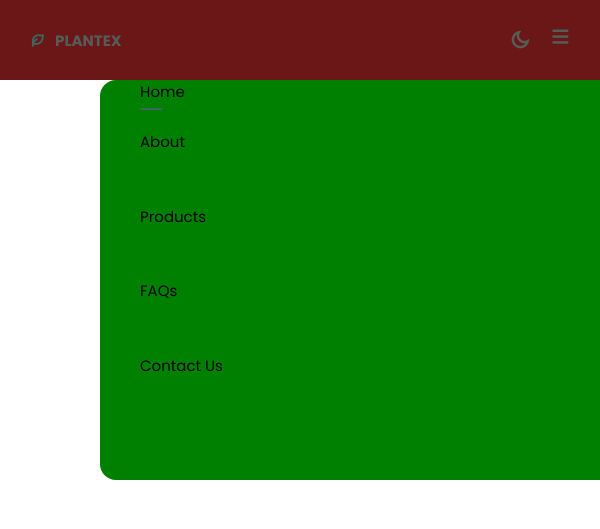
Repository: OmniaRafat232111121/plantwebsite
Page: index.html
An editor plug-in stored every save of this project. The page is shown before and after the next save, followed by the edit.
The browser window is 600 px wide. The pictures show the whole page.
After loading, the first visible `#navToggle` was clicked once.

Above is the page before, as saved 2023-01-04 15:36:26.

### index.html
<!DOCTYPE html>
<html lang="en">
<head>
    <meta charset="UTF-8">
    <meta http-equiv="X-UA-Compatible" content="IE=edge">
    <meta name="viewport" content="width=device-width, initial-scale=1.0">
    <title>plant-website</title>
      <!--icon web-->
    <link rel="shortcut icon" href="assets/img/favicon.png" type="image/x-icon">
    <!--css style-->
    <link rel="stylesheet" href="./assets/css/styles.css">
    <!--remix icon-->
    <link href="https://cdn.jsdelivr.net/npm/remixicon@2.5.0/fonts/remixicon.css" rel="stylesheet">
</head>
<body>
<!--header-->
<header class="header" id="header">
<div class="container-header">
    <a class="nav_logo">
   <i class="ri-leaf-line nav_logo-icon "></i>Plantex
</a>

<nav class="nav_menu" id="nav_menu">
    <ul class="nav_list" id="nav_list">
        <li class="nav_item" id="nav_item">
                            <a href="#home" class="nav_link active-link">Home</a>
                        </li>
                        <li class="nav__item">
                            <a href="#about" class="nav_link">About</a>
                        </li>
                        <li class="nav__item">
                            <a href="#products" class="nav_link">Products</a>
                        </li>
                        <li class="nav__item">
                            <a href="#faqs" class="nav_link">FAQs</a>
                        </li>
                        <li class="nav__item">
                            <a href="#contact" class="nav_link">Contact Us</a>
                        </li>
                        <li class="mood">
       <i class= "ri-moon-line change-theme" id="theme-button"></i>

    </li>



    </ul>

    <div class="nav-close" id="nav_close">
        <i class="ri-close-line"></i>

    </div>
    <div  class="nav-btns">
   <i class= "ri-moon-line change-theme" id="theme-button"></i>
    <div class="nav-toggle" id="navToggle">
      <i class="ri-menu-line"></i>
    </div>
   </div>
    </div>
</nav>
</div>

</header>
   <script src="./assets/js/main.js"></script>
</body>
</html>

### assets/css/styles.css
/*=============== GOOGLE FONTS ===============*/
@import url('https://fonts.googleapis.com/css2?family=Poppins:wght@400;500;600;700&display=swap');

/*=============== VARIABLES CSS ===============*/
:root {
  --header-height: 3.5rem; /*56px*/

  /*========== Colors ==========*/
  /*Color mode HSL(hue, saturation, lightness)*/
  --black:#000;
  --green:#3e655e;
  --hue: 152;
  --first-color: hsl(var(--hue), 24%, 32%);
  --first-color-alt: hsl(var(--hue), 24%, 28%);
  --first-color-light: hsl(var(--hue), 24%, 66%);
  --first-color-lighten: hsl(var(--hue), 24%, 92%);
  --title-color: hsl(var(--hue), 4%, 15%);
  --text-color: hsl(var(--hue), 4%, 35%);
  --text-color-light: hsl(var(--hue), 4%, 55%);
  --body-color: hsl(var(--hue), 0%, 100%);
  --container-color: #FFF;

  /*========== Font and typography ==========*/
  /*.5rem = 8px | 1rem = 16px ...*/
  --body-font: 'Poppins', sans-serif;
  --big-font-size: 2rem;
  --h1-font-size: 1.5rem;
  --h2-font-size: 1.25rem;
  --h3-font-size: 1rem;
  --normal-font-size: .938rem;
  --small-font-size: .813rem;
  --smaller-font-size: .75rem;

  /*========== Font weight ==========*/
  --font-medium: 500;
  --font-semi-bold: 600;

  /*========== Margenes Bottom ==========*/
  /*.5rem = 8px | 1rem = 16px ...*/
  --mb-0-5: .5rem;
  --mb-0-75: .75rem;
  --mb-1: 1rem;
  --mb-1-5: 1.5rem;
  --mb-2: 2rem;
  --mb-2-5: 2.5rem;

  /*========== z index ==========*/
  --z-tooltip: 10;
  --z-fixed: 100;
}

/* Responsive typography */
@media screen and (min-width: 968px) {
  :root {
    --big-font-size: 3.5rem;
    --h1-font-size: 2.25rem;
    --h2-font-size: 1.5rem;
    --h3-font-size: 1.25rem;
    --normal-font-size: 1rem;
    --small-font-size: .875rem;
    --smaller-font-size: .813rem;
  }
}

/*=============== BASE ===============*/
*{
  box-sizing: border-box;
  padding: 0;
  margin: 0;
}

html{
  scroll-behavior: smooth;
}

body,
button,
input,
textarea{
  font-family: var(--body-font);
  font-size: var(--normal-font-size);
}

body{
  margin: var(--header-height) 0 0 0;
  background-color: var(--body-color);
  color: var(--text-color);
  transition: .4s; /*For animation dark mode*/
}

button{
  cursor: pointer;
  border: none;
  outline: none;
}

h1,h2,h3{
  color: var(--title-color);
  font-weight: var(--font-semi-bold);
}

ul{
  list-style: none;
}

a{
  text-decoration: none;
}

img{
  max-width: 100%;
  height: auto;
}
/*========== resuable component ==========*/



/*========Header========*/
 header{
  background-color: rgb(107, 23, 23);
  position: fixed;
  top:0;
  left:0;
  width:100%;
  z-index:1000;
  transition: 0.3s;
}
.container-header{
  display:flex;
  align-items: center;
  justify-content: space-between;
  height:var(--header-height);
  padding:40px;
}
.nav_menu{

}
.nav_logo{
  text-transform: uppercase;
  display:inline-flex;
  align-items: center;
  column-gap: 10px;
  font-weight: bold;
  margin-left: 50px;
  cursor: pointer;
}
.nav_logo:hover{
  color:var(--green);
}
.nav_logo-icon{
   color:var(--green);
}
.nav_logo i:hover{
  color:var(--black);
}
nav ul li {
  display: inline-block;
  cursor: pointer;
  margin-left: 40px;
}
nav ul li a{
  color:var(--black);


}
.nav-btns{
  display: none;
}
.mood{
  margin-left: 40px;
  font-size: 20px;

}

.nav-close
{
  color:var(--black);
  display:none;

}

.nav-btns{
  font-size: 20px;
  cursor: pointer;
}
.active-link{
  position: relative;
  color: var(--black);
}
.active-link::after{
  content: '';
  position: absolute;
  bottom: -8px;
  left: 0;
  width: 50%;
  height: 2px;
  background-color: var(--green);
}
.nav_link:hover{
 color: var(--green);
 transition: 0.3s;
}
@media screen and (max-width: 767px){
.nav_list{
display: none;
}
.nav_logo{
  margin-left: -10px;
}

.nav-btns{
  display:inline-flex;
  align-items: center;
  column-gap: 20px;
  font-weight: bold;
  margin-right: -10px;
  cursor: pointer;
}

  .show-menu{

     position: fixed;
    background-color: green;
    width: 100%;
    height: 50%;
    top: 80px;
    right: 0px;
    left:100px;
    border-radius: 1rem 0 0 1rem;
    transition: .3s;
    z-index: 1000;
    display:grid;
    grid-template-rows: 50px;
    margin-top: 1;


  }
  .show-menu {

  }
  .show-menu .mood .ri-moon-line{
    display: none;
  }
  .show-menu .nav-close{
     display: block;
  }
  .nav_list .show-menu{

  }


}

### assets/js/main.js
let navMenu = document.getElementById('nav_menu');
let navList = document.getElementById('nav_list');
let navItem = document.getElementById('nav ul li');
let closeButton = document.getElementById('nav_close');
let navToggle = document.getElementById('navToggle');
navToggle.addEventListener('click', function () {
    navList.classList.toggle('show-menu');

})

After the next save:
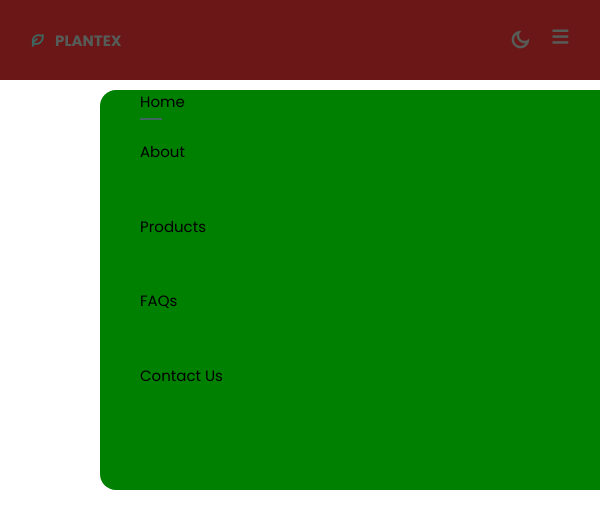
Saved 4 s later.
--- a/assets/css/styles.css
+++ b/assets/css/styles.css
@@ -231,7 +231,7 @@ display: none;
     z-index: 1000;
     display:grid;
     grid-template-rows: 50px;
-    margin-top: 1;
+    margin-top: 10px;
 
 
   }
